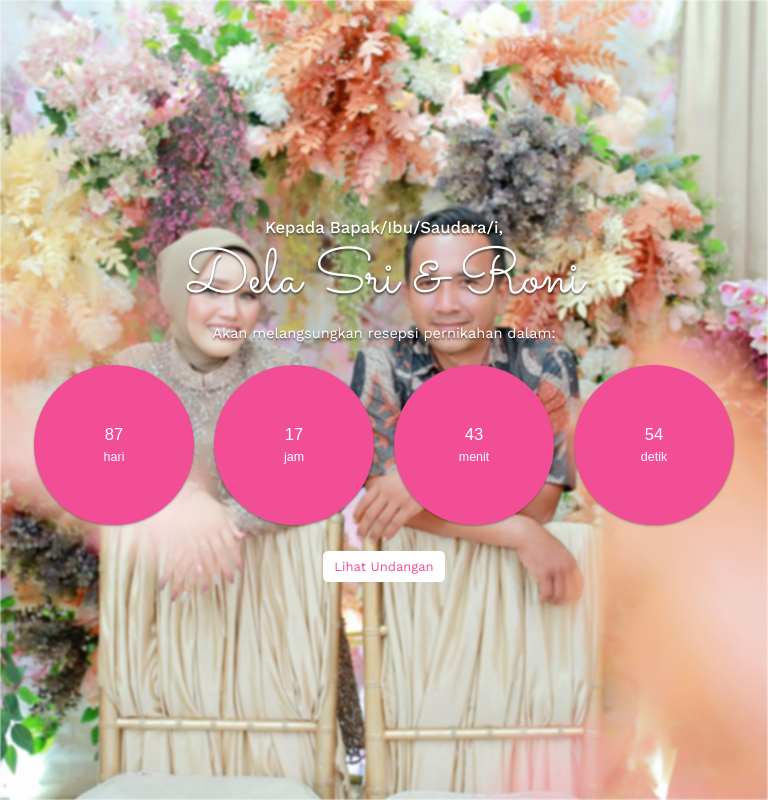
Repository: sellayspy/invitation
Page: index.html
These files come from the project's save history. The page is drawn as it stood at one moment and after the next save; the edit follows.
The browser window is 768 px wide. The pictures show the whole page.

Above is the page before, as saved 2024-07-08 15:12:39.

After the next save:
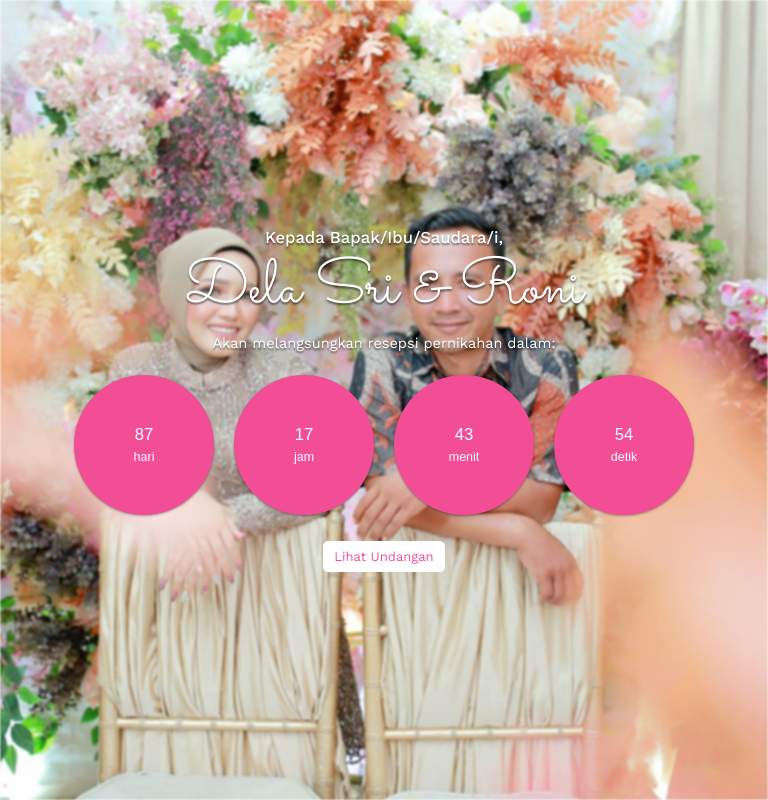
Saved 33 s later.
--- a/style.css
+++ b/style.css
@@ -73,10 +73,10 @@ body {
 @media (max-width: 768px) {
   html {
     font-size: 65%;
-    .simply-countdown > .simply-section {
-
   }
-
+  .simply-countdown > .simply-section {
+    padding: 70px;
+  }
 }
 
 /* mobile phone */
